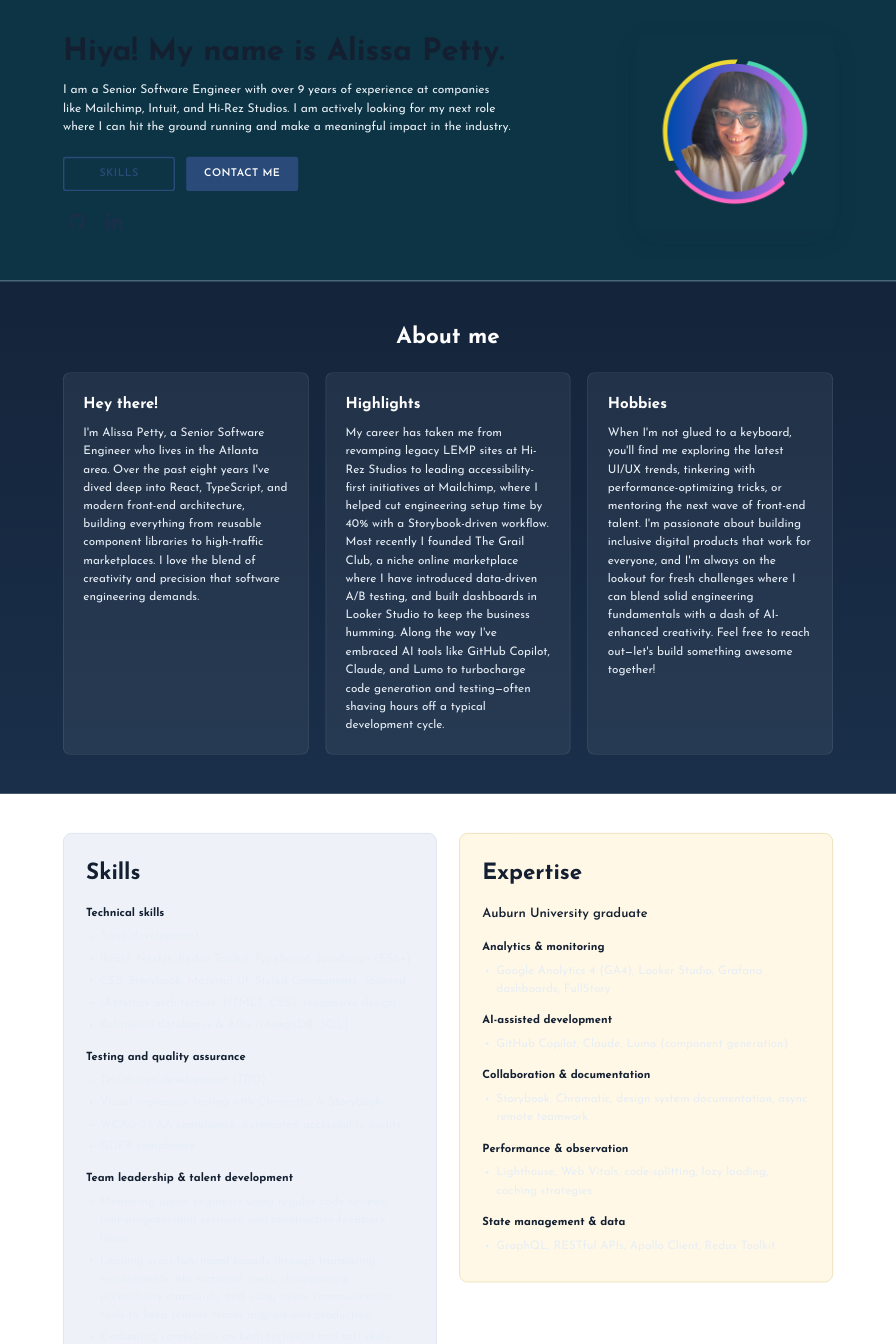
Repository: AlissaSPetty/alissa-petty-com
Page: /
An editor plug-in stored every save of this project. The page is shown before and after a run of saves, followed by the edit.
The browser window is 1280 px wide. The pictures show the part of the page from y = 0 to 1920 px (the page is 4094 px tall), at 70% of full size.
The project was rebuilt for these pictures with package versions that can differ from the ones it lists, and the page was loaded fresh each time. Also part of the build but not shown: vite.config.ts, src/legal.css, src/pages/LegalPage.tsx.

Above is the page before, as saved 2026-05-03 17:47:57.

### index.html
<!doctype html>
<html lang="en">
  <head>
    <meta charset="UTF-8" />
    <link rel="icon" type="image/svg+xml" href="/favicon.svg" />
    <meta name="viewport" content="width=device-width, initial-scale=1.0" />
    <meta
      name="description"
      content="Alissa Petty — Senior Software Engineer. React, TypeScript, and modern web development. Atlanta area."
    />
    <meta
      name="keywords"
      content="Software Engineer, Web Developer, React, JavaScript, CV, Alissa Petty, Atlanta"
    />
    <title>Alissa Petty — Senior Software Engineer</title>
  </head>
  <body>
    <div id="root"></div>
    <script type="module" src="/src/main.tsx"></script>
  </body>
</html>

### src/index.css
@import url("https://fonts.googleapis.com/css2?family=Josefin+Sans:ital,wght@0,300;0,400;0,500;0,600;0,700;1,400&display=swap");

:root {
  --font-body: "Josefin Sans", system-ui, sans-serif;
  --bg: #0c3444;
  --bg-muted: #eef2f8;
  --surface: #ffffff;
  --navy: #1a2f4a;
  --navy-deep: #14243a;
  --primary: #2a4a7a;
  --primary-hover: #355a92;
  --accent-footer: #f4d35e;
  --footer-text: #1a2332;
  --heading: #142032;
  --text: #3d4a5c;
  --text-on-dark: #e8eef6;
  --link: #1e5a9e;
  --border: #d5deeb;
  --shadow: 0 12px 40px rgba(20, 36, 58, 0.08);
}

*,
*::before,
*::after {
  box-sizing: border-box;
}

html {
  scroll-behavior: smooth;
}

body {
  margin: 0;
  font-family: var(--font-body);
  font-size: 1.05rem;
  line-height: 1.55;
  color: var(--text-on-dark);
  background: var(--bg);
  color: var(--text-on-dark);
}

#root {
  min-height: 100vh;
}

.visually-hidden {
  position: absolute;
  width: 1px;
  height: 1px;
  padding: 0;
  margin: -1px;
  overflow: hidden;
  clip: rect(0, 0, 0, 0);
  white-space: nowrap;
  border: 0;
}

.skip-link {
  position: absolute;
  left: -9999px;
  top: 0.75rem;
  z-index: 100;
  padding: 0.5rem 1rem;
  background: var(--navy);
  color: var(--text-on-dark);
  font-weight: 600;
  text-decoration: none;
  border-radius: 4px;
}

.skip-link:focus {
  left: 0.75rem;
}

a {
  color: var(--link);
}

.container {
  width: min(1100px, 100% - 2rem);
  margin-inline: auto;
}

/* Hero */
.hero {
  background: #0c3444;
  padding: 3rem 0 4rem;
  border-bottom: 1px solid var(--border);
}

.hero-inner {
  width: min(1100px, 100% - 2rem);
  margin-inline: auto;
  display: flex;
  flex-wrap: wrap;
  align-items: center;
  gap: 2.5rem;
  justify-content: space-between;
}

.hero-copy {
  flex: 1 1 320px;
  max-width: 640px;
}

.hero-copy h1 {
  margin: 0 0 1rem;
  font-size: clamp(1.85rem, 4vw, 2.75rem);
  font-weight: 700;
  color: var(--heading);
  line-height: 1.15;
}

.lead {
  margin: 0 0 1.75rem;
  font-size: 1.08rem;
}

.hero-actions {
  display: flex;
  flex-wrap: wrap;
  gap: 1rem;
  margin-bottom: 1.5rem;
}

.btn {
  display: inline-flex;
  align-items: center;
  justify-content: center;
  min-width: 10rem;
  padding: 0.65rem 1.35rem;
  font-family: inherit;
  font-size: 0.95rem;
  font-weight: 600;
  letter-spacing: 0.04em;
  text-transform: uppercase;
  text-decoration: none;
  border-radius: 4px;
  border: 2px solid transparent;
  cursor: pointer;
  transition:
    background 0.2s,
    color 0.2s,
    border-color 0.2s;
}

.btn:focus-visible {
  outline: 3px solid #f4d35e;
  outline-offset: 2px;
}

.btn-primary {
  background: var(--primary);
  color: #fff;
  border-color: var(--primary);
}

.btn-primary:hover {
  background: var(--primary-hover);
  border-color: var(--primary-hover);
}

.btn-outline {
  background: transparent;
  color: var(--primary);
  border-color: var(--primary);
}

.btn-outline:hover {
  background: rgba(42, 74, 122, 0.08);
}

.btn-block {
  width: 100%;
  min-width: unset;
}

.hero-social {
  display: flex;
  gap: 1rem;
}

.hero-social a {
  display: flex;
  color: var(--navy);
  padding: 0.35rem;
  border-radius: 6px;
}

.hero-social a:hover {
  background: rgba(26, 47, 74, 0.08);
}

.social-svg {
  width: 28px;
  height: 28px;
}

.hero-photo {
  margin: 0;
  flex: 0 1 280px;
  text-align: center;
}

.hero-photo img {
  width: min(50vw, 280px);
  max-width: 100%;
  height: auto;
  border-radius: 12px;
  box-shadow: var(--shadow);
  object-fit: cover;
  aspect-ratio: 1;
}

@media (max-width: 768px) {
  .hero-inner {
    flex-direction: column-reverse;
    text-align: center;
  }

  .hero-actions {
    justify-content: center;
  }

  .hero-social {
    justify-content: center;
  }

  .btn {
    width: 100%;
    min-width: unset;
  }
}

/* Sections */
.section {
  padding: 3.5rem 0;
}

.section--dark {
  background: linear-gradient(180deg, var(--navy-deep) 0%, var(--navy) 100%);
  color: var(--text-on-dark);
}

.section--muted {
  background: var(--bg-muted);
  color: var(--text-on-dark);
}

.section--skills {
  background: var(--surface);
}

.section--cta {
  background: linear-gradient(180deg, var(--primary) 0%, var(--navy) 100%);
  color: var(--text-on-dark);
}

.section-title {
  margin: 0 0 1.5rem;
  font-size: clamp(1.5rem, 3vw, 2rem);
  font-weight: 700;
  text-align: center;
  color: var(--heading);
}

.section-title--on-dark,
.section-title--on-primary {
  color: #fff;
}

.about-grid {
  display: grid;
  grid-template-columns: repeat(3, 1fr);
  gap: 1.5rem;
}

@media (max-width: 900px) {
  .about-grid {
    grid-template-columns: 1fr;
  }
}

.card {
  background: var(--surface);
  border-radius: 10px;
  padding: 1.75rem;
  box-shadow: var(--shadow);
}

.card--about {
  background: rgba(255, 255, 255, 0.06);
  border: 1px solid rgba(255, 255, 255, 0.12);
  color: var(--text-on-dark);
  box-shadow: none;
}

.card--about h3 {
  margin: 0 0 0.75rem;
  font-size: 1.35rem;
  color: #fff;
}

.card--about p {
  margin: 0;
}

.skills-layout {
  display: grid;
  grid-template-columns: 1fr 1fr;
  gap: 2rem;
  align-items: start;
}

@media (max-width: 900px) {
  .skills-layout {
    grid-template-columns: 1fr;
  }
}

.skills-panel {
  background: var(--bg-muted);
  border: 1px solid var(--border);
  border-radius: 12px;
  padding: 2rem;
}

.skills-panel--accent {
  background: #fff8e6;
  border-color: #e8d9a8;
}

.skills-panel h2 {
  text-align: left;
  margin-bottom: 1.25rem;
}

.skills-panel h4 {
  margin: 1.25rem 0 0.5rem;
  font-size: 1rem;
  font-weight: 700;
  color: var(--heading);
  text-transform: none;
}

.skills-panel ul {
  margin: 0;
  padding-left: 1.25rem;
}

.skills-panel li {
  margin-bottom: 0.35rem;
}

.degree {
  margin: 0 0 1rem;
  font-size: 1.15rem;
  font-weight: 600;
  color: var(--heading);
}

.divider {
  border: none;
  border-top: 1px solid var(--border);
  margin: 0 0 2.5rem;
}

.divider--on-primary {
  border-top-color: rgba(255, 255, 255, 0.25);
}

.work-grid {
  display: grid;
  grid-template-columns: repeat(3, 1fr);
  gap: 1.25rem;
}

@media (max-width: 900px) {
  .work-grid {
    grid-template-columns: 1fr;
  }
}

.work-grid figure {
  margin: 0;
  background: var(--surface);
  border-radius: 10px;
  overflow: hidden;
  border: 1px solid var(--border);
  box-shadow: var(--shadow);
}

.work-grid img {
  display: block;
  width: 100%;
  height: auto;
  aspect-ratio: 16 / 9;
  object-fit: cover;
}

.work-grid figcaption {
  padding: 0.85rem 1rem;
  font-weight: 600;
  text-align: center;
  color: var(--heading);
  font-size: 0.95rem;
}

.pub-grid {
  display: grid;
  grid-template-columns: 1fr 1fr;
  gap: 2rem;
}

@media (max-width: 768px) {
  .pub-grid {
    grid-template-columns: 1fr;
  }
}

.pub-card {
  background: var(--surface);
  border-radius: 12px;
  padding: 2rem;
  border: 1px solid var(--border);
  text-align: center;
  box-shadow: var(--shadow);
}

.pub-card h3 {
  margin: 0 0 1rem;
  font-size: 1.15rem;
  font-weight: 600;
  color: var(--heading);
  line-height: 1.35;
}

.pub-logo {
  display: block;
  margin: 0 auto 1.25rem;
  max-width: 100%;
  height: auto;
}

.cta-lead {
  text-align: center;
  max-width: 640px;
  margin: 0 auto 2.5rem;
  font-size: 1.05rem;
  opacity: 0.95;
}

.services-grid {
  display: grid;
  grid-template-columns: repeat(3, 1fr);
  gap: 1.5rem;
}

@media (max-width: 900px) {
  .services-grid {
    grid-template-columns: 1fr;
  }
}

.card--service {
  background: rgba(255, 255, 255, 0.08);
  border: 1px solid rgba(255, 255, 255, 0.2);
  color: var(--text-on-dark);
  box-shadow: none;
}

.card--service h3 {
  margin: 0 0 0.75rem;
  color: #fff;
  font-size: 1.25rem;
}

.card--service p {
  margin: 0;
}

/* Footer */
.site-footer {
  background: var(--accent-footer);
  color: var(--footer-text);
  padding: 3rem 0;
  text-align: center;
}

.footer-inner {
  display: flex;
  flex-direction: column;
  align-items: center;
  gap: 1rem;
}

.footer-name {
  margin: 0;
  font-size: clamp(1.75rem, 4vw, 2.5rem);
  font-weight: 700;
  color: var(--footer-text);
}

.footer-social {
  display: flex;
  gap: 1rem;
}

.footer-social a {
  color: var(--footer-text);
  padding: 0.35rem;
  border-radius: 6px;
}

.footer-social a:hover {
  background: rgba(26, 35, 50, 0.1);
}

.social-svg--footer {
  width: 32px;
  height: 32px;
}

.footer-copy,
.footer-legal {
  margin: 0;
  font-size: 0.95rem;
}

.footer-legal a {
  color: var(--footer-text);
  font-weight: 600;
  text-decoration: none;
}

.footer-legal a:hover {
  text-decoration: underline;
}

### src/App.tsx
import { Route, Routes } from 'react-router-dom'
import { Home } from './pages/Home'
import { LegalPage } from './pages/LegalPage'

export default function App() {
  return (
    <Routes>
      <Route path="/" element={<Home />} />
      <Route
        path="/privacy"
        element={
          <LegalPage title="Privacy policy">
            <p>
              This is a placeholder privacy policy for the rebuilt portfolio site.
              Replace this text with your real policy before publishing.
            </p>
            <p>
              If you have questions, contact{' '}
              <a href="mailto:alissa@petty.io">alissa@petty.io</a>.
            </p>
          </LegalPage>
        }
      />
      <Route
        path="/legal-notice"
        element={
          <LegalPage title="Legal notice">
            <p>
              This is a placeholder legal notice / imprint for the rebuilt portfolio
              site. Replace with jurisdiction-appropriate legal text before publishing.
            </p>
            <p>
              Contact: <a href="mailto:alissa@petty.io">alissa@petty.io</a>
            </p>
          </LegalPage>
        }
      />
    </Routes>
  )
}

### src/components/Icons.tsx
export function IconGitHub({ className }: { className?: string }) {
  return (
    <svg
      className={className}
      xmlns="http://www.w3.org/2000/svg"
      viewBox="0 0 24 24"
      aria-hidden
      focusable="false"
    >
      <path
        fill="currentColor"
        d="M12 2C6.48 2 2 6.58 2 12.26c0 4.52 2.87 8.35 6.84 9.69.5.1.68-.22.68-.48 0-.24-.01-.87-.01-1.7-2.78.62-3.37-1.37-3.37-1.37-.45-1.18-1.1-1.5-1.1-1.5-.9-.63.07-.62.07-.62 1 .07 1.53 1.05 1.53 1.05.89 1.56 2.34 1.11 2.91.85.09-.67.35-1.11.63-1.37-2.22-.26-4.56-1.14-4.56-5.07 0-1.12.39-2.03 1.03-2.75-.1-.26-.45-1.3.1-2.71 0 0 .84-.28 2.75 1.05A9.38 9.38 0 0 1 12 6.84c.85.004 1.71.12 2.51.35 1.91-1.33 2.75-1.05 2.75-1.05.55 1.41.2 2.45.1 2.71.64.72 1.03 1.63 1.03 2.75 0 3.94-2.34 4.81-4.57 5.06.36.32.68.94.68 1.9 0 1.37-.01 2.47-.01 2.8 0 .27.18.59.69.48A10.01 10.01 0 0 0 22 12.26C22 6.58 17.52 2 12 2Z"
      />
    </svg>
  )
}

export function IconLinkedIn({ className }: { className?: string }) {
  return (
    <svg
      className={className}
      xmlns="http://www.w3.org/2000/svg"
      viewBox="0 0 24 24"
      aria-hidden
      focusable="false"
    >
      <path
        fill="currentColor"
        d="M4.98 3.5C4.98 4.88 3.86 6 2.5 6S0 4.88 0 3.5 1.12 1 2.5 1s2.48 1.12 2.48 2.5ZM.5 8h4V23H.5V8Zm7.5 0h3.84v2.05h.05c.53-1 1.84-2.05 3.79-2.05 4.05 0 4.8 2.67 4.8 6.13V23h-4v-6.35c0-1.52-.03-3.48-2.12-3.48-2.12 0-2.44 1.65-2.44 3.36V23h-4V8Z"
      />
    </svg>
  )
}

Loaded but not shown: src/main.tsx (common file); src/pages/Home.tsx (310 lines, source omitted)

After the next 2 saves:
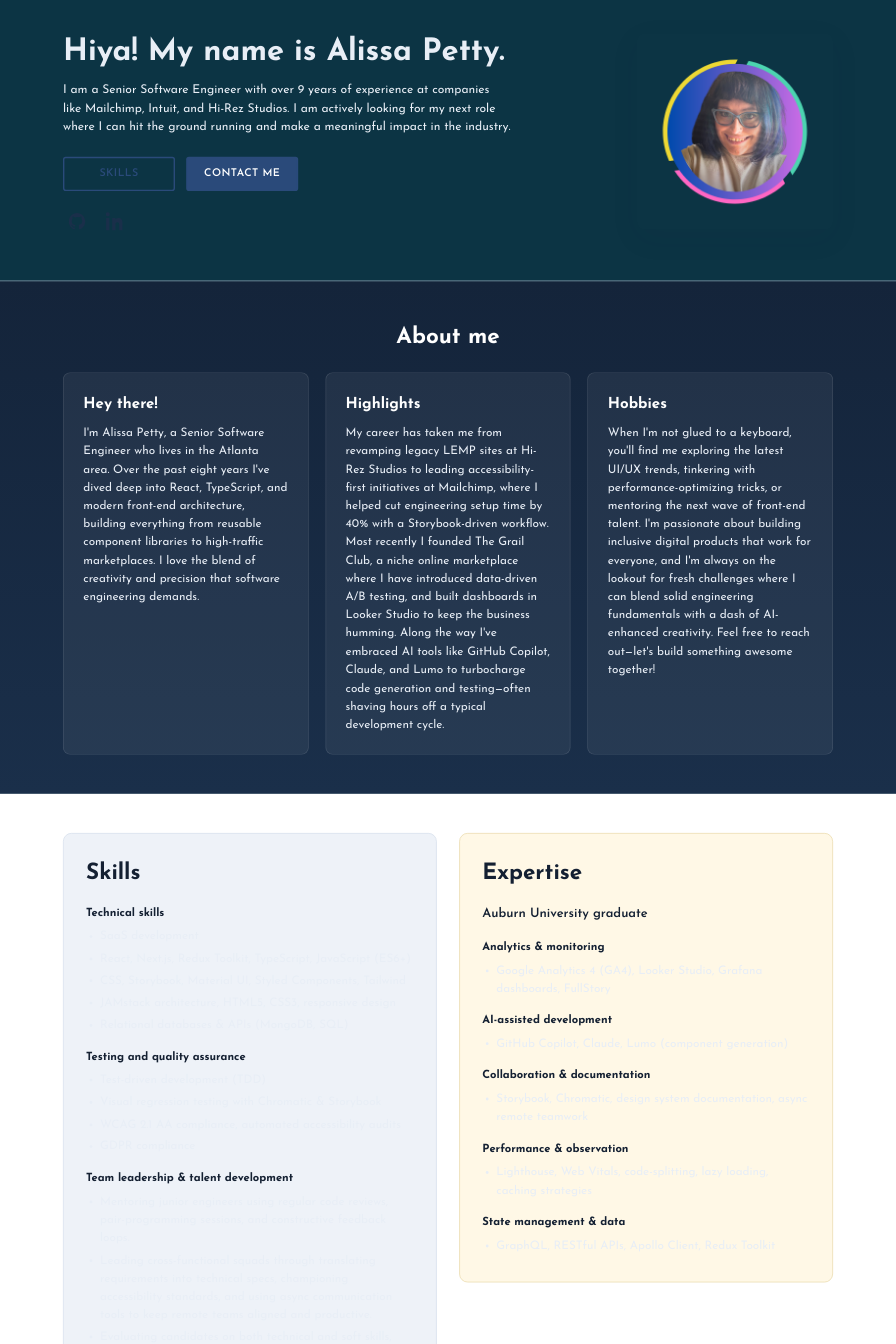
The 2 saves are shown as one change because they came seconds apart.
The last was saved 51 s later.
--- a/src/index.css
+++ b/src/index.css
@@ -107,7 +107,7 @@
   margin: 0 0 1rem;
   font-size: clamp(1.85rem, 4vw, 2.75rem);
   font-weight: 700;
-  color: var(--heading);
+  color: (--text-on-dark);
   line-height: 1.15;
 }
 
